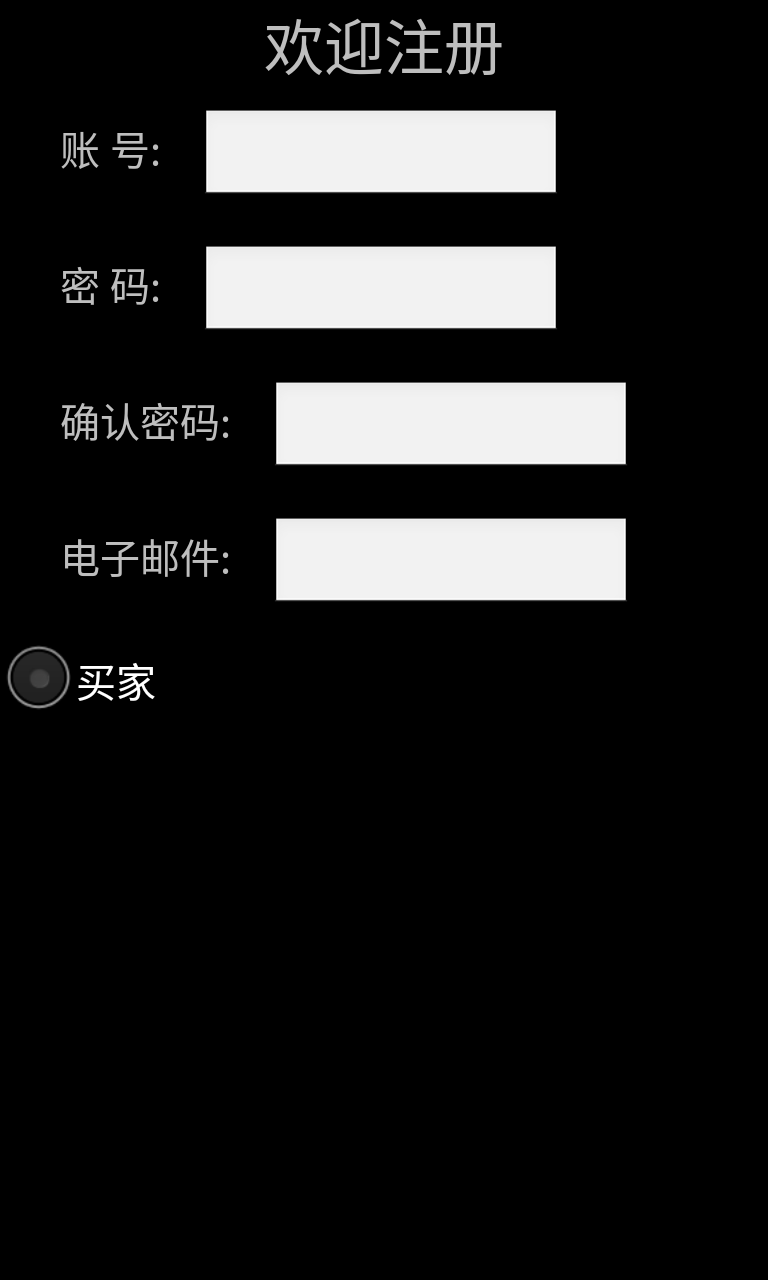
Repository: jcyfkimi/Android-TaoTao
Layout: TaoTao/res/layout/reg.xml
The author's editor kept a copy of each file at every save. The layout is drawn from the files as they stood at one save, then again after the next save.
It is drawn on a 768 x 1280 px phone screen (xhdpi) without system bars, with theme android:Theme; the app's code is not run.

Above is the layout before, as saved 2011-09-13 07:23:47.

After the next save:
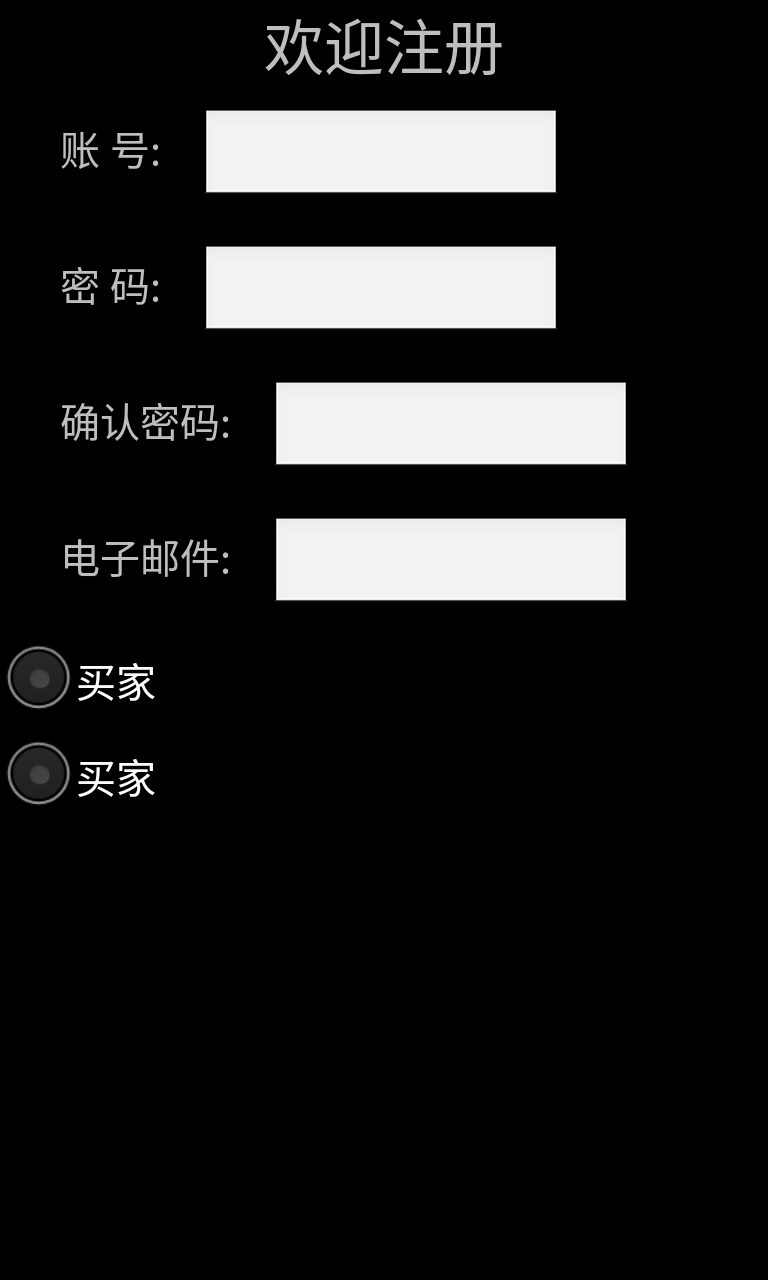
Saved 12 s later.
--- a/TaoTao/res/layout/reg.xml
+++ b/TaoTao/res/layout/reg.xml
@@ -100,6 +100,11 @@
 		  			android:layout_height="wrap_content"
 		  			android:text="@string/rdobuyer"
 		  			android:textSize="20dip"/>
+		  		<RadioButton android:id="@+id/utype"
+		  			android:layout_width="wrap_content"
+		  			android:layout_height="wrap_content"
+		  			android:text="@string/rdobuyer"
+		  			android:textSize="20dip"/>
 		  	</RadioGroup>
 	  </LinearLayout>
 </LinearLayout>
